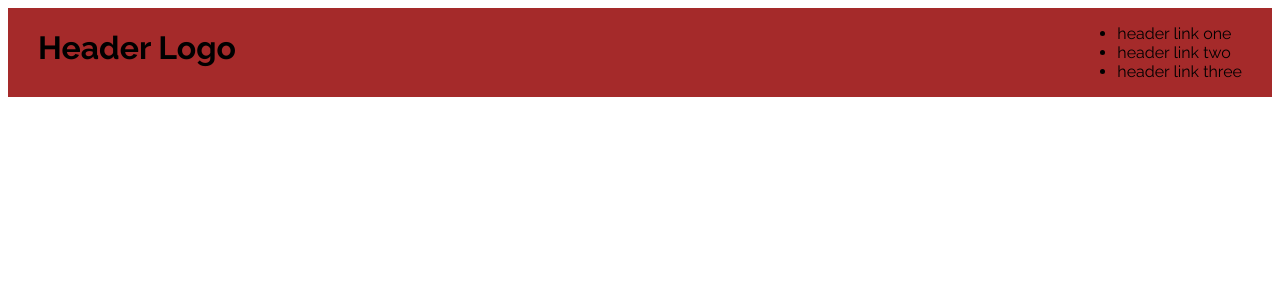
Repository: nlsukhde/porfolio
Page: index.html
An editor plug-in stored every save of this project. The page is shown before and after the next save, followed by the edit.
The browser window is 1280 px wide. The pictures show the whole page.

Above is the page before, as saved 2025-06-19 16:23:08.

### index.html
<!DOCTYPE html>
<html lang="en">
<head>
    <link rel="preconnect" href="https://fonts.googleapis.com">
<link rel="preconnect" href="https://fonts.gstatic.com" crossorigin>
<link href="https://fonts.googleapis.com/css2?family=Raleway:ital,wght@0,100..900;1,100..900&family=Roboto+Condensed:ital,wght@0,100..900;1,100..900&display=swap" rel="stylesheet">
    <meta charset="UTF-8">
    <meta name="viewport" content="width=device-width, initial-scale=1.0">
    <link rel="stylesheet" href="app.css">
    <title>Nickolas Sukhdeo Porfolio</title>
</head>
<body>

    <div class = "section1">
    <header>
        <h1>Header Logo</h1>
        <nav>
        <ul class="navbar">
            <li>header link one</li>
            <li>header link two</li>
            <li>header link three</li>
        </ul>
        </nav>
    </header>
    </div>
</body>
</html>

### app.css
.section1 {
    background-color: brown;
}

body{
    font-family: "Raleway", sans-serif;
  font-optical-sizing: auto;
  font-weight: <weight>;
  font-style: normal;
}

header{
    display: flex;
    justify-content: space-between;
    padding-right: 30px;
    padding-left: 30px;
}

After the next save:
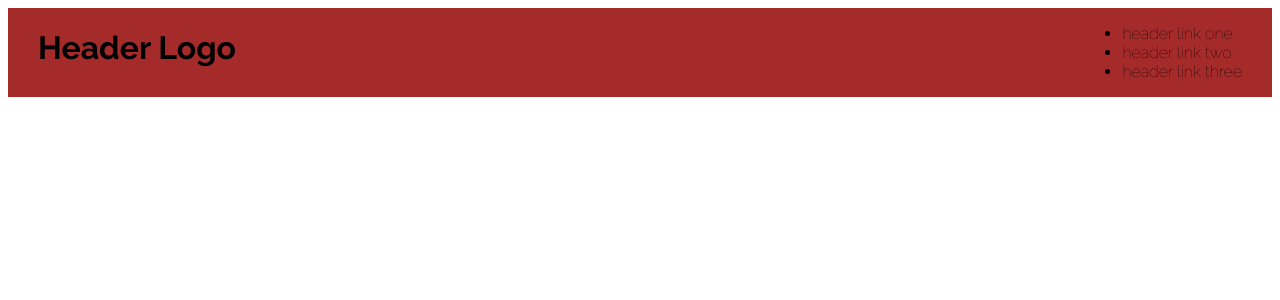
Saved 35 s later.
--- a/app.css
+++ b/app.css
@@ -5,8 +5,9 @@
 body{
     font-family: "Raleway", sans-serif;
   font-optical-sizing: auto;
-  font-weight: <weight>;
+  font-weight: 10;
   font-style: normal;
+  ;
 }
 
 header{
